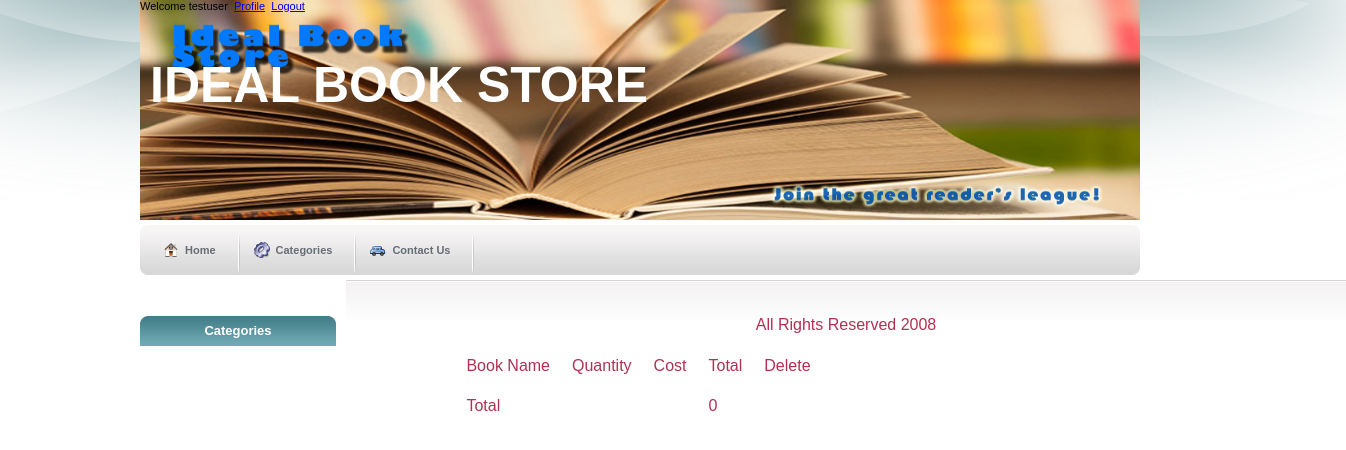
Repository: tusharjain887/Online-Book-Sales
Page: http://localhost/OnlineBook/view_cart.jsp
The author's editor kept a copy of each file at every save. The page is drawn from the files as they stood at one save, then again after the next save.
The browser window is 1280 px wide. The page is 1346 px wide, so the pictures cover 1346 px, including what lies to the right of the window. The pictures show the whole page.
The page is served by Tomcat 9. The session is filled in as if someone had signed in: {"username": "testuser"}. Queries for data that is not in the repository find no rows.

Above is the page before, as saved 2013-04-09 09:49:29.

After the next save:
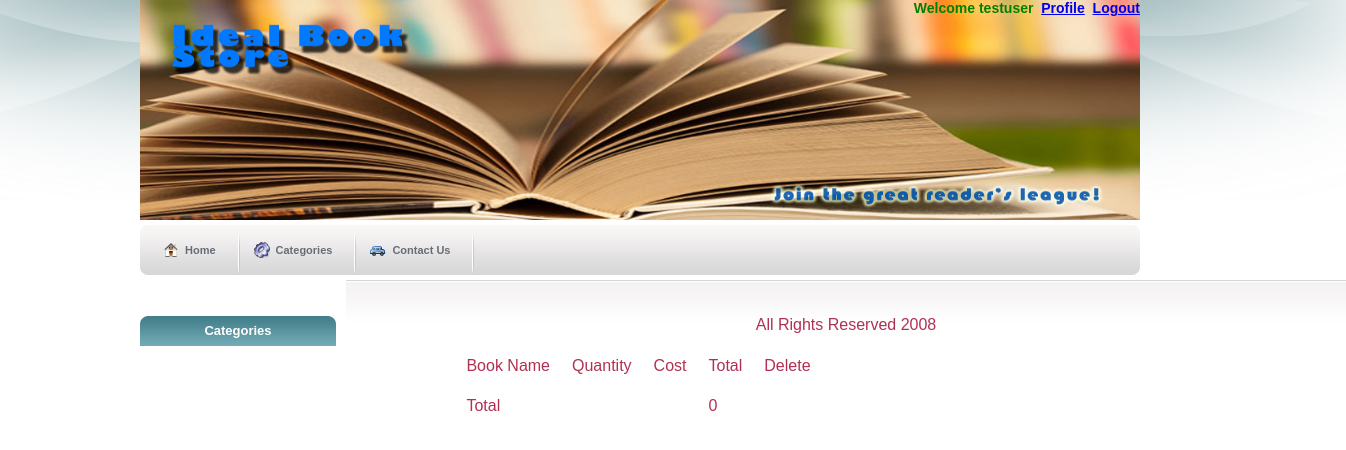
Saved 67 s later.
--- a/PROJECT/workspace/workspace/OnlineBook/WebContent/view_cart.jsp
+++ b/PROJECT/workspace/workspace/OnlineBook/WebContent/view_cart.jsp
@@ -16,9 +16,11 @@
 <body>
 <div id="main_container">
   <div class="top_bar">
-  <div id="header">
-  <div id="logout">
+<div id="header">
+  <div class="logout">
  <%  Object c=session.getAttribute("username");
+ String cid[]=new String[40];
+ int i=0;
 if(c!=null)
 	{
 	out.print("Welcome  " +session.getAttribute("username").toString());
@@ -27,14 +29,11 @@ if(c!=null)
 	&nbsp<a href='logout.jsp'>Logout</a>
 	<%
 	}
-else
-{
-	response.sendRedirect("index.jsp");
-}
 	%>
 	</div>
-   <div  style="padding:10px;font-size:25px;color: #FFF;"><h1>IDEAL BOOK STORE</h1></div>
+
   </div>
+
   <div id="main_content">
     <div id="menu_tab">
       <div class="left_menu_corner"></div>
